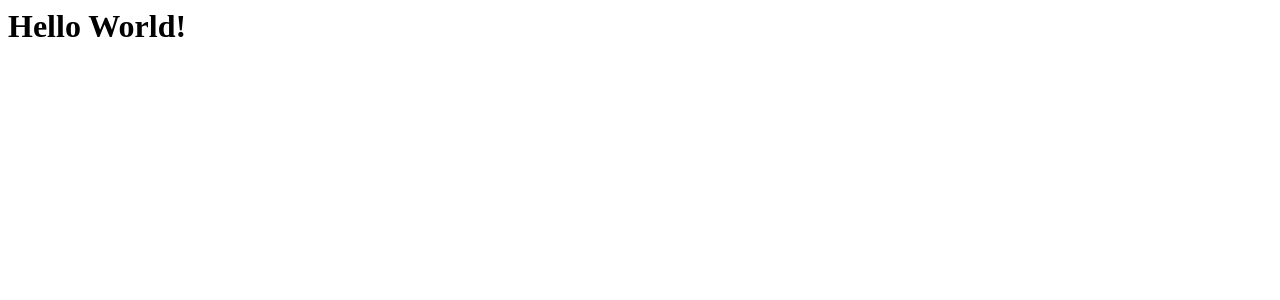
Repository: TranNgocPhuongNhi/nodejs_blog
Page: http://localhost/
The author's editor kept a copy of each file at every save. The page is drawn from the files as they stood at one save, then again after the next save.
The browser window is 1280 px wide. The pictures show the whole page.
The page is served by the project's Node server (index.js).

Above is the page before, as saved 2020-12-23 21:55:27.

### index.js
const express = require('express')
const app = express()
const port = 3000

app.get('/', (req, res) => {
  res.send(`<h1>Hello World!<h1>`)
})

app.listen(port, () => {
  console.log(`Example app listening at http://localhost:${port}`)
})

After the next save:
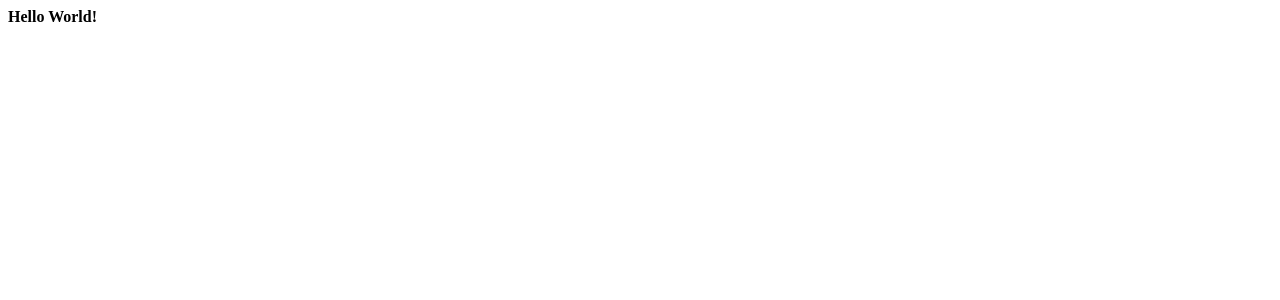
Saved 22 s later.
--- a/index.js
+++ b/index.js
@@ -3,7 +3,7 @@
 const port = 3000
 
 app.get('/', (req, res) => {
-  res.send(`<h1>Hello World!<h1>`)
+  res.send(`<h4>Hello World!<h4>`)
 })
 
 app.listen(port, () => {

After the save that followed:
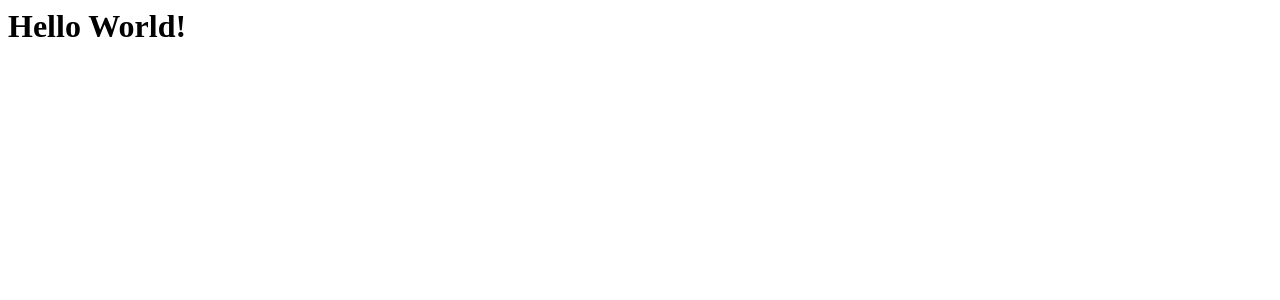
Saved 8 s later.
--- a/index.js
+++ b/index.js
@@ -3,7 +3,7 @@
 const port = 3000
 
 app.get('/', (req, res) => {
-  res.send(`<h4>Hello World!<h4>`)
+  res.send(`<h1>Hello World!<h1>`)
 })
 
 app.listen(port, () => {
